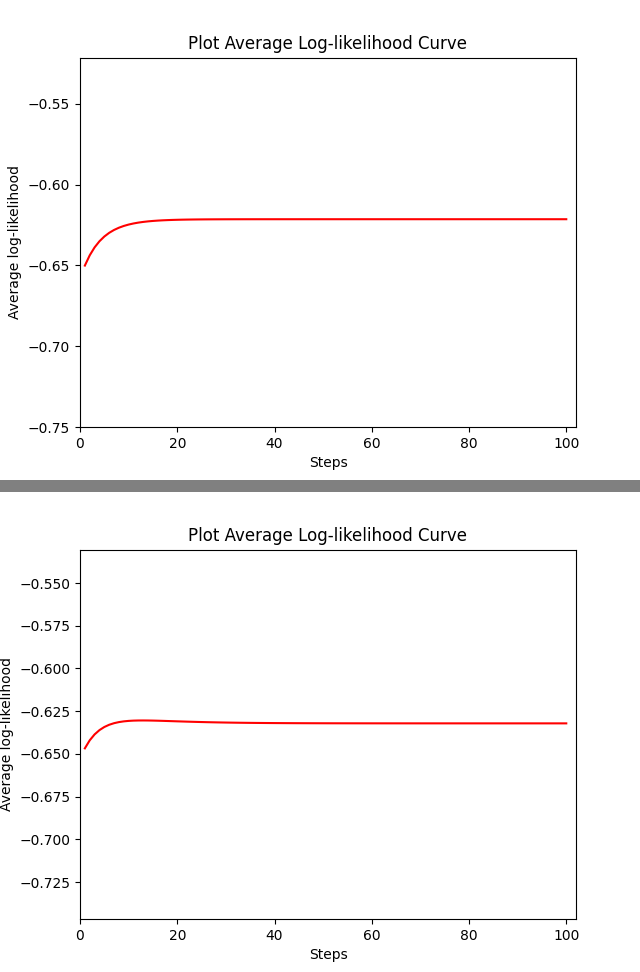
Repository: DhruvTrehan03/3F8
Script's output: python Lab.py
These files come from the project's save history. The script's output is drawn as it stood at one moment and after the next save; the edit follows.
Each picture stacks the figures in order, with grey between them; figures that are only written to a file come last. Random numbers start from a fixed seed.

Above is the script's output before, as saved 2024-02-16 11:59:42.

After the next save:
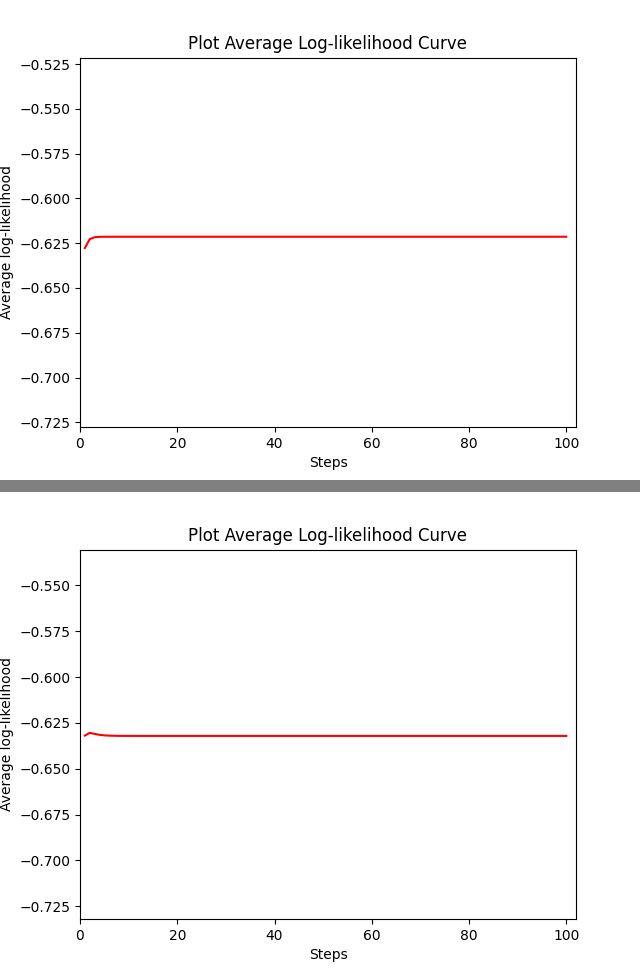
Saved 99 s later.
--- a/Lab.py
+++ b/Lab.py
@@ -90,7 +90,7 @@
 y_train = y[ 0 : n_train ]
 y_test = y[ n_train : ]
 
-Eta = 0.001
+Eta = 0.005
 Max_it = 100
 
 X_tilde_train = get_x_tilde(X_train)

After the 4 saves that followed:
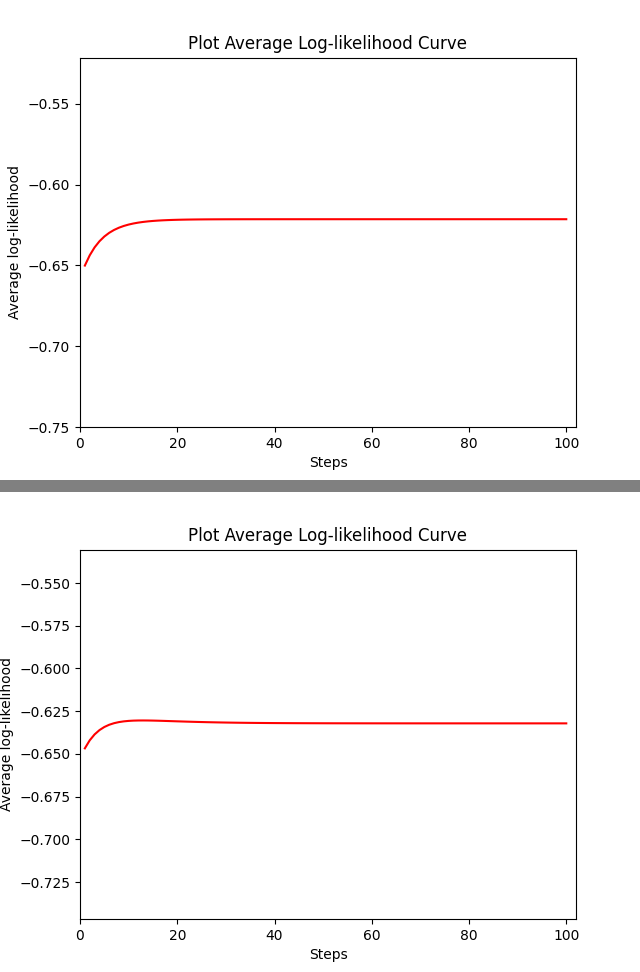
The 4 saves are shown as one change because 3 did not build or start.
The last was saved 97 s later.
--- a/Lab.py
+++ b/Lab.py
@@ -90,7 +90,7 @@
 y_train = y[ 0 : n_train ]
 y_test = y[ n_train : ]
 
-Eta = 0.005
+Eta = 0.001
 Max_it = 100
 
 X_tilde_train = get_x_tilde(X_train)
